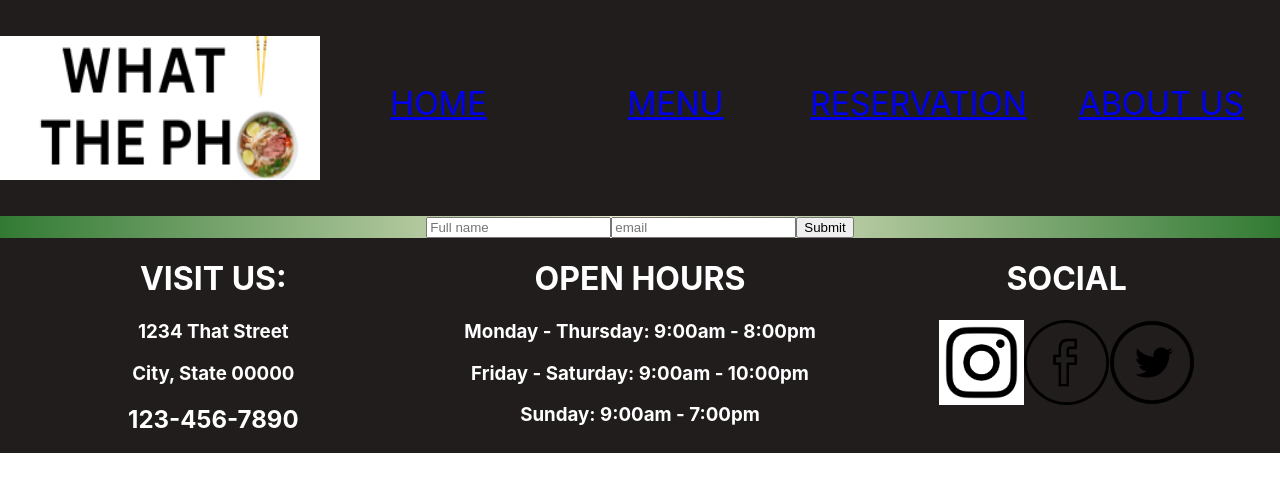
Repository: NguyenkhDang/Restaurant-Website
Page: /reservation
These files come from the project's save history. The page is drawn as it stood at one moment and after a run of saves; the edit follows.
The browser window is 1280 px wide. The pictures show the whole page.
The project was rebuilt for these pictures with package versions that can differ from the ones it lists, and the page was loaded fresh each time. Also part of the build but not shown: src/CSS/Readmore.css, src/Readmore.js, src/CSS/SectionContainer.css, src/SectionContainer.js, src/CSS/Home.css, src/Pages/HomePage.js, src/Pages/MenuPage.js, src/Pages/AboutUsPage.js and 1 more.

Above is the page before, as saved 2026-01-17 23:43:27.

### src/index.js
import React from 'react';
import ReactDOM from 'react-dom/client';
import './index.css';
import App from './App';
import reportWebVitals from './reportWebVitals';
import { BrowserRouter } from "react-router-dom";


const root = ReactDOM.createRoot(document.getElementById("root"));
root.render(
  <BrowserRouter>
    <App />
  </BrowserRouter>
);

// If you want to start measuring performance in your app, pass a function
// to log results (for example: reportWebVitals(console.log))
// or send to an analytics endpoint. Learn more: https://bit.ly/CRA-vitals
reportWebVitals();

### src/App.js

import './App.css';

import NavigationBar from './NavigationBar';
import Footer from "./Footer"
import {Routes, Route} from "react-router-dom"



import HomePage from "./Pages/HomePage"
import MenuPage from "./Pages/MenuPage"
import ReservationPage from "./Pages/ReservationPage"
import AboutUsPage from "./Pages/AboutUsPage"
import ContactUsPage from "./Pages/ContactUsPage"

function App() {


  return (
    <div className="home">
      <NavigationBar />

      <Routes>
        <Route path="/" element={<HomePage />} />
        <Route path="/menu" element={<MenuPage />} />
        <Route path="/reservation" element={<ReservationPage />} />
        <Route path="/aboutUs" element={<AboutUsPage />} />
        <Route path="contactUs" element={<ContactUsPage />} />
      </Routes>

      <Footer />
  </div>
);
}

export default App;

### src/App.css
html{
  -ms-overflow-style: none;
  scrollbar-width: none;
}

.home {
  display: grid;
  margin: 0;
  padding: 0;

  background: radial-gradient(
    circle,
    rgba(245, 240, 213, 1) 0%,
    rgba(38, 115, 42, 1) 100%
  );
  place-items: center;
  text-align: center;
  color: white;
}


html::-webkit-scrollbar {
  display: none;
}

### src/NavigationBar.js
import "./CSS/NavigationBar.css"
import Logo from "./image/CustomLogo2.png"
import { Link } from "react-router-dom"
const NavigationBar = () =>{



  return (
    <div className="navbar">
      <div className="logoImage">
        <img src= {Logo} />
      </div>
      <div className="wholeNavBar">
        <ul>
          <li>
            <Link to="/">HOME</Link>
          </li>
          <li>
            <Link to="/menu">MENU</Link>
          </li>
          <li>
            <Link to="/reservation">RESERVATION</Link>
          </li>
          <li>
            <Link to="/aboutUs">ABOUT US</Link>
          </li>
        </ul>

      </div>
    </div>
  )


}

export default NavigationBar

### src/Footer.js
import "./CSS/Footer.css"
import InstagramIcon from "./image/instagramIcon.png"
import FacebookIcon from "./image/facebookIcon.png"
import TwitterIcon from "./image/twitterIcon.png"
const Footer = () =>{

  return(
    <div className="footer">
      <div>
        <h1>VISIT US:</h1>
        <h3>1234 That Street</h3>
        <h3>City, State 00000</h3>

        <h2>123-456-7890</h2>
      </div>
      <div>
        <h1>OPEN HOURS</h1>
        <h3>Monday - Thursday: 9:00am - 8:00pm</h3>
        <h3>Friday - Saturday: 9:00am - 10:00pm</h3>
        <h3>Sunday: 9:00am - 7:00pm</h3>
      </div>
      <div>
        <h1>SOCIAL</h1>
        <a href="https://www.instagram.com/" target="_blank"><img src={InstagramIcon}/></a>
        <a href="https://www.facebook.com/" target="_blank"><img src={FacebookIcon}/></a>
        <a href="https://x.com/" target="_blank"><img src={TwitterIcon}/></a>
      </div>

    </div>
  )

}

export default Footer

### src/Pages/ReservationPage.js
import ReservationForm from "../ReservationForm"


const ReservationPage = () =>{
  return(
    <>
      <ReservationForm />
    </>
  )
}

export default ReservationPage

### src/CSS/NavigationBar.css
.navbar{
  background-color: rgb(34, 29, 29);
  display: grid;
  grid-template-columns: 25% 75%;
  width: 100vw;
  height: 25vh;
  padding-top: 5vh;
}
.wholeMavBar{
  float: right;
  height: 10vh;
}

.logoImage img{
  height: 20vh;
  width: 25vw;
  object-fit: fill;
  object-position: center;
}

ul{
  align-items: center;
  list-style-type: none;
  display: grid;
  place-items: center;
  grid-template-columns: 1fr 1fr 1fr 1fr;
  margin-top: 5%;
  padding: 0;
}
li a{
  font-size: 2em;
  text-align: center;
  padding: 14px 16px;
}

li a:hover{
  background-color: #c5b1b1;
}

### src/CSS/Footer.css
.footer{
  background-color: rgb(34, 29, 29);
  display: grid;
  grid-template-columns: repeat(3, 1fr);
  width: 100vw;
}

.footer img{
  width: 20%;
}

### src/ReservationForm.js
import { useRef } from "react"

const ReservationForm = () =>{

const formRef= useRef(null)
  const handleSubmit = (e)=>{

    e.preventDefault();
    const url = "https://script.google.com/macros/s/AKfycbx0FabLb-KOBm8n_JP2SJcp21AE1aox7vxr3D2p_FfrtZs8dIHl3N9UMOriMfEaySY/exec"

    fetch(url,{
      method:"POST",
      body: new FormData(formRef.current)
    } ).then(() => {
      alert("Reservation Submitted ");
    }).catch((error) => console.log(error))
  };

  return (
    <form className="form" ref = {formRef} onSubmit={handleSubmit}>
      <input
        type="text"
        name="Name"
        placeholder="Full name"
        required
      />

      <input
        type="email"
        name="Email"
        placeholder="email"
        required
      />
      <button>Submit</button>
    </form>
  )
}

export default ReservationForm

Loaded but not shown: public/index.html (common file); src/index.css (common file); src/reportWebVitals.js (common file)

After the next 3 saves:
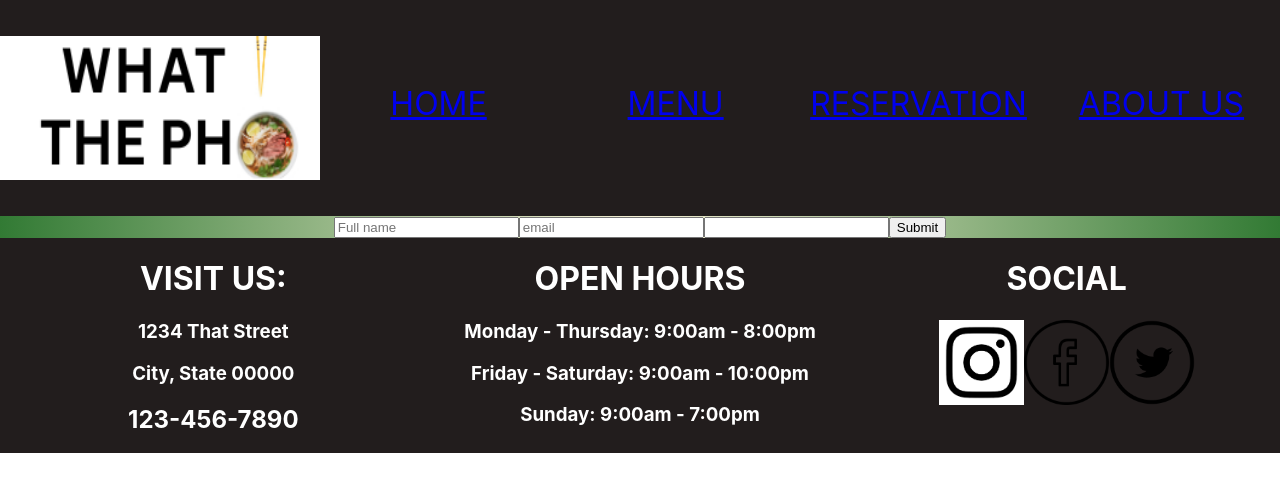
The 3 saves are shown as one change because 2 did not build or start.
The last was saved 36 min 19 s later.
--- a/src/ReservationForm.js
+++ b/src/ReservationForm.js
@@ -3,6 +3,14 @@ import { useRef } from "react"
 const ReservationForm = () =>{
 
 const formRef= useRef(null)
+
+  const PhoneNumberLength = [];
+
+  const PhoneNumber = (value) =>{
+
+  }
+
+
   const handleSubmit = (e)=>{
 
     e.preventDefault();
@@ -31,6 +39,10 @@ const formRef= useRef(null)
         placeholder="email"
         required
       />
+
+      <input
+        type=""
+        onChange={PhoneNumber(e => e.current.value)}/>
       <button>Submit</button>
     </form>
   )
